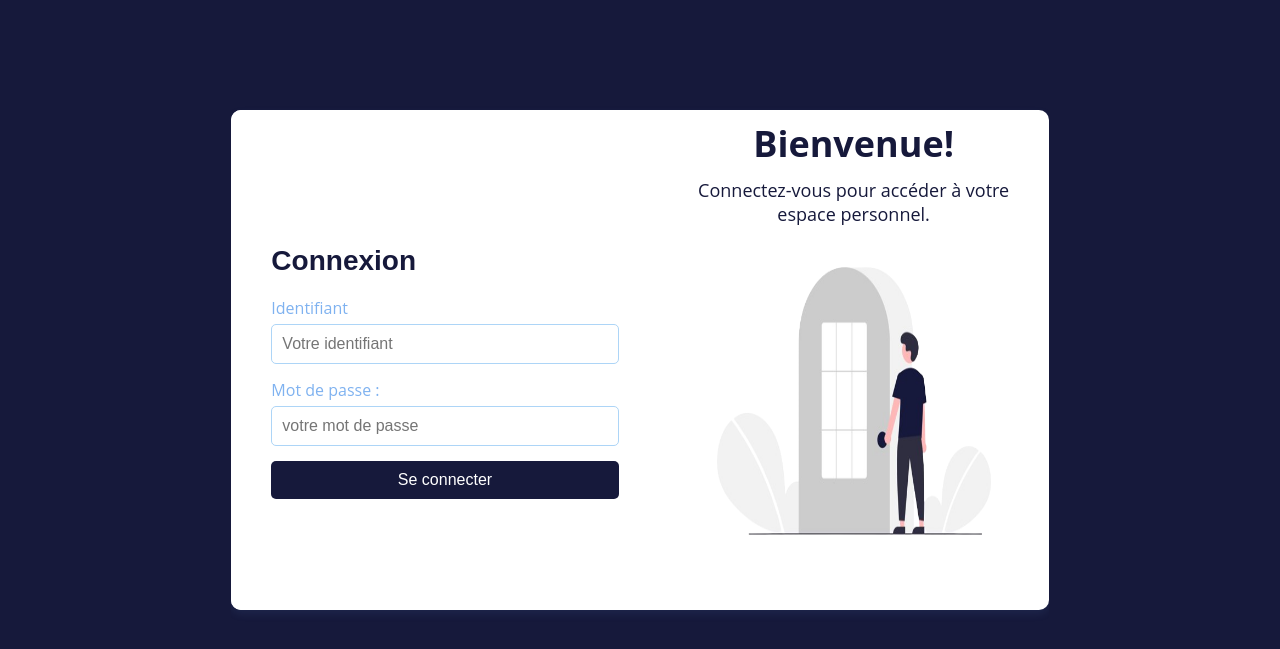
Repository: ndiawar/ProjetGab
Page: home.html
An editor plug-in stored every save of this project. The page is shown before and after the next save, followed by the edit.
The browser window is 1280 px wide. The pictures show the whole page.

Above is the page before, as saved 2024-08-07 14:15:36.

### home.html
<!DOCTYPE html>
<html lang="fr">
<head>
    <meta charset="UTF-8">
    <meta name="viewport" content="width=device-width, initial-scale=1.0">
    <link rel="stylesheet" href="style.css">
    <title>Page de Connexion</title>
</head>
<body>
    <div class="login-container">
        <!-- Section de formulaire -->
        <div class="login-form">
            <h2>Connexion</h2>
            <form>
                <div class="form-group">
                    <label for="identifiant">Identifiant</label>
                    <input type="text" id="identifiant" name="identifiant" placeholder="Votre identifiant" required>
                </div>
                <div class="form-group">
                    <label for="password">Mot de passe :</label>
                    <input type="password" id="password" name="password" placeholder="votre mot de passe" required>
                </div>
                <button type="submit">Se connecter</button>
            </form>
        </div>

        <!-- Section de bienvenue -->
        <div class="welcome-section">
            <div class="welcome-content">
                <h1>Bienvenue!</h1>
                <p>Connectez-vous pour accéder à votre espace personnel.</p>
                <img src="./image/accueil.png" alt="Logo" class="logo">
            </div>
        </div>
    </div>
</body>
</html>

### style.css
:root {
    /* Définition des couleurs de base */
    --blue-sky-1: #16193B; /* Bleu nuit */
    --blue-sky-2: #35478C; /* Bleu foncé */
    --blue-sky-3: #4E7AC7; /* Bleu vif */
    --blue-sky-4: #7FB2F0; /* Bleu clair */
    --blue-sky-5: #ADD5F7; /* Bleu très clair */
    --Noir-6: #000000; /* Noir */
    --Blanc-7: #ffffff; /* Blanc */

    /* Utilisation des couleurs pour différents éléments */
    --color-title: var(--blue-sky-1); /* Couleur pour les titres */
    --color-subtitle: var(--blue-sky-3); /* Couleur pour les sous-titres */
    --color-paragraph: var(--blue-sky-2); /* Couleur pour les paragraphes */
    --color-border: var(--blue-sky-4); /* Couleur pour les bordures */
    --color-backgroundFoncé: var(--blue-sky-1); /* Couleur de fond foncée */
    --color-background: var(--blue-sky-5); /* Couleur de fond général */
    --color-text: var(--Noir-6); /* Couleur pour le texte de fond */
    --color-white: var(--Blanc-7); /* Couleur blanche pour le texte de fond d'une balise */

    /* Polices */
    --font-title: 'Montserrat', sans-serif;
    --font-text: 'Open Sans', sans-serif;
    --font-subtitle: 'Roboto', sans-serif;

    /* Taille de police standard et poids */
    --font-size-normal: 16px; /* Taille de police standard pour le texte */
    --font-size-title: 28px; /* Taille de police pour les grands titres */
    --font-size-subtitle: 20px; /* Taille de police pour les sous-titres */
    --font-weight-normal: 400; /* Poids normal de la police */
    --font-weight-bold: 700; /* Poids en gras */
    /* Pour le profil la taille du nom et du sous-titre */
    --font-size-titleProfil: 45px;
    --font-size-subtitleProfil: 30px;
}


/*Initialisation de notre body pour supprimer les marges et choix du type de police pour notre site*/


/*Initialisation de notre body pour supprimer les marges et choix du type de police pour notre site*/
* {
  box-sizing: border-box;
}

/* Style global pour le corps de la page */
body, html {
    margin: 0;
    padding: 0;
    color: var(--color-text);
    font-family: var(--font-text);
    font-size: var(--font-size-normal);
    font-weight: var(--font-weight-normal);
    overflow-x: hidden;
    height: 100%;
    display: flex;
    align-items: center;
    justify-content: center;
    background-color: var(--color-backgroundFoncé);/**/
}

/* Conteneur principal qui tient la page de connexion */
.login-container {
    display: flex;
    width: 100%;
    max-width: 900px;
    height: 500px;
    background-color: var(--color-white);
    box-shadow: 0 4px 8px rgba(101, 150, 214, 0.1);
    border-radius: 10px;
    overflow: hidden;
}

/* Style pour la section du formulaire de connexion */
.login-form {
    flex: 1;
    padding: 40px;
    background-color: var(--color-white);
    display: flex;
    flex-direction: column;
    justify-content: center;
}

/* Style pour les titres et formulaires dans la section de connexion */
.login-form h2 {
    margin-bottom: 20px;
    color: var(--color-title);
    font-size: var(--font-size-title);
    font-family: var(--font-title);
    font-weight: var(--font-weight-bold);
}

.form-group {
    margin-bottom: 15px;
    font-size: var(--font-subtitle);
    font-weight: var(--font-weight-normal);
    font-family: var(--font-text);
    color: var(--color-title);
}

.form-group label {
    display: block;
    margin-bottom: 5px;
    color: var(--color-border);
}

.form-group input {
    width: 100%;
    padding: 10px;
    border: 1px solid var(--color-background);
    border-radius: 5px;
    font-size: 16px;
    box-sizing: border-box;
}

button {
    width: 100%;
    padding: 10px;
    background-color: var(--color-backgroundFoncé);
    color: var(--color-white);
    border: none;
    border-radius: 5px;
    font-size: 16px;
    cursor: pointer;
    transition: background-color 0.3s ease;
}

button:hover {
    background-color: var(--color-border);
}

/* Style pour la section de bienvenue avec le logo */
.welcome-section {
    flex: 1;
    display: flex;
    align-items: center;
    justify-content: center;
    color: var(--color-backgroundFoncé);
}

.welcome-content {
    text-align: center;
    padding: 20px;
}

.logo {
    width: 350px;
    height: 350px;
    margin-bottom: 20px;
}

.welcome-section h1 {
    margin: 0 0 10px;
    font-size: 36px;
}

.welcome-section p {
    font-size: 18px;
    margin: 0;
}

After the next save:
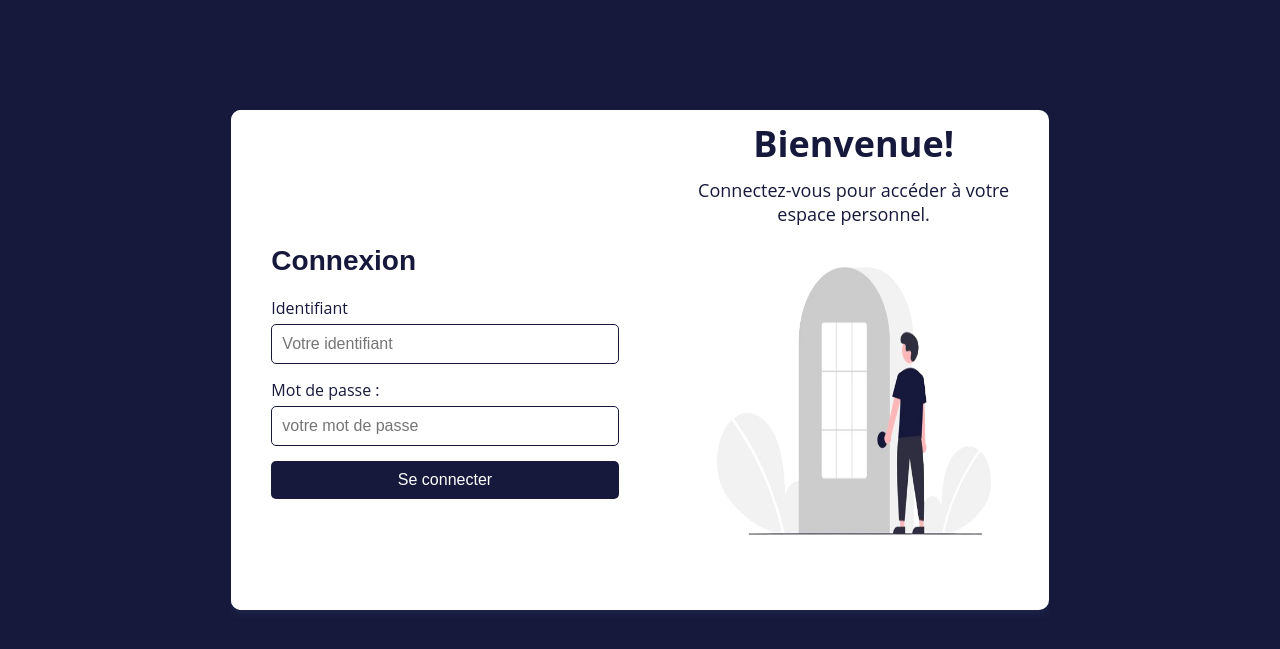
Saved 2 min 26 s later.
--- a/style.css
+++ b/style.css
@@ -101,13 +101,13 @@ body, html {
 .form-group label {
     display: block;
     margin-bottom: 5px;
-    color: var(--color-border);
+    color: var(--color-title);
 }
 
 .form-group input {
     width: 100%;
     padding: 10px;
-    border: 1px solid var(--color-background);
+    border: 1px solid var(--color-title);
     border-radius: 5px;
     font-size: 16px;
     box-sizing: border-box;
